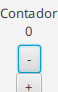
Repository: vitmac1/eclipse-workspace-project
Program's window: java exercicios-javafx/src/basico/Contador.java
These files come from the project's save history. The program's window is drawn as it stood at one moment and after the next save; the edit follows.
It runs on Java 21 on a 1366 x 768 screen with JavaFX 11; the title bar is not drawn.

Above is the program's window before, as saved 2022-10-20 17:58:32.

### exercicios-javafx/src/basico/Contador.java
package basico;

import javafx.application.Application;
import javafx.geometry.Pos;
import javafx.scene.Scene;
import javafx.scene.control.Button;
import javafx.scene.control.Label;
import javafx.scene.layout.HBox;
import javafx.scene.layout.VBox;
import javafx.stage.Stage;

public class Contador extends Application{

	@Override
	public void start(Stage primaryStage) throws Exception {

		Label labelTitulo = new Label("Contador");
		Label labelNumero = new Label("0");

		Button botaoDecremento = new Button("-");
		Button botaoIncremento = new Button("+");

		HBox boxBotoes = new HBox();
		boxBotoes.getChildren().add(botaoDecremento);
		boxBotoes.getChildren().add(botaoIncremento);

		VBox boxPrincipal = new VBox();
		boxPrincipal.setAlignment(Pos.BASELINE_CENTER);
		boxPrincipal.getChildren().add(labelTitulo);
		boxPrincipal.getChildren().add(labelNumero);
		boxPrincipal.getChildren().add(botaoDecremento);
		boxPrincipal.getChildren().add(botaoIncremento);


		Scene cenaPrincipal = new Scene(boxPrincipal);

		primaryStage.setScene(cenaPrincipal);
		primaryStage.show();
	}

	public static void main(String[] args) {
		launch(args);
	}
}

After the next save:
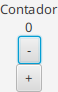
Saved 7 s later.
--- a/exercicios-javafx/src/basico/Contador.java
+++ b/exercicios-javafx/src/basico/Contador.java
@@ -25,7 +25,7 @@
 		boxBotoes.getChildren().add(botaoIncremento);
 
 		VBox boxPrincipal = new VBox();
-		boxPrincipal.setAlignment(Pos.BASELINE_CENTER);
+		boxPrincipal.setAlignment(Pos.CENTER);
 		boxPrincipal.getChildren().add(labelTitulo);
 		boxPrincipal.getChildren().add(labelNumero);
 		boxPrincipal.getChildren().add(botaoDecremento);
